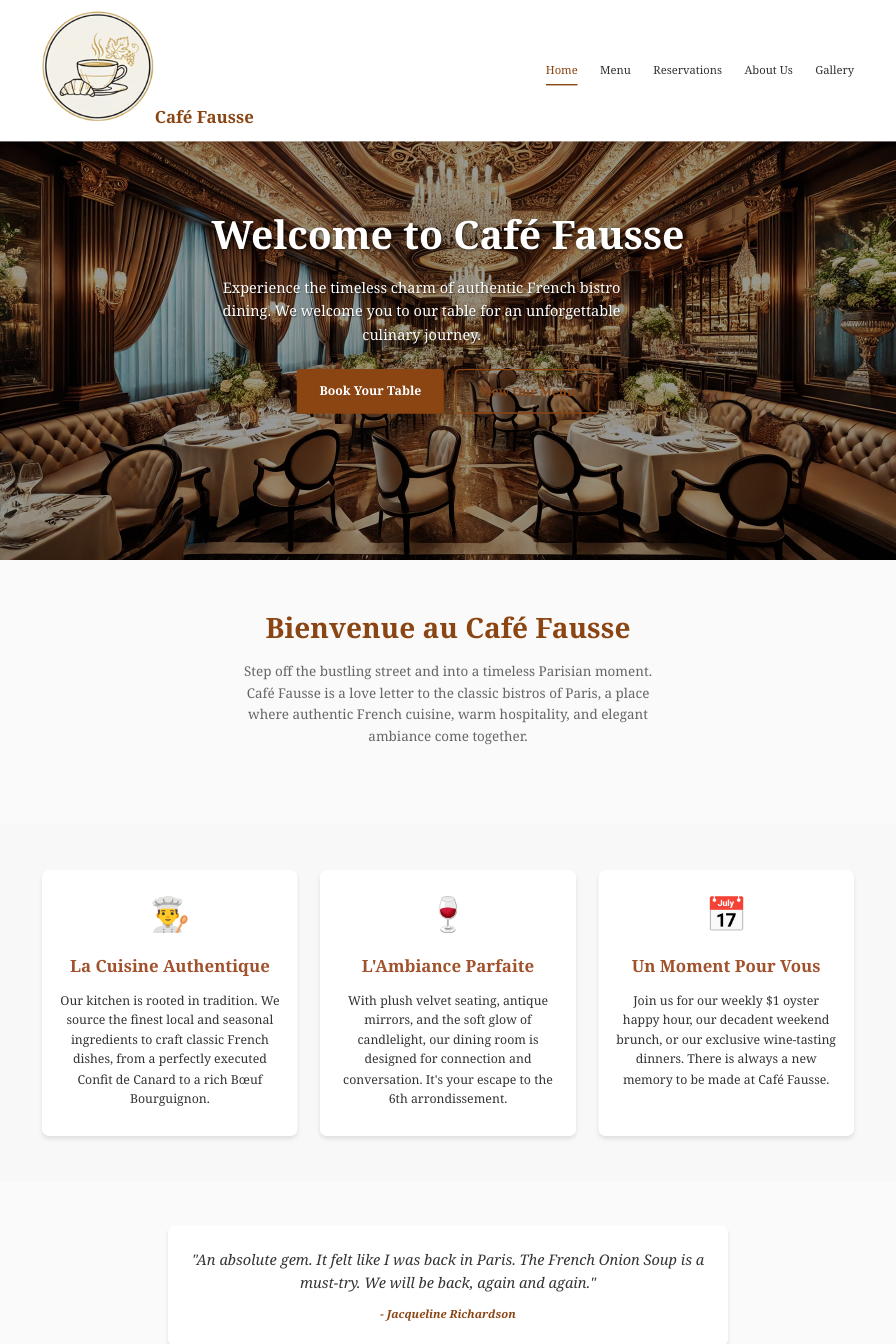
Repository: MatVanDenArt/MSSE-Cafe-Fausse
Page: / (app in frontend/)
These files come from the project's save history. The page is drawn as it stood at one moment and after the next save; the edit follows.
The browser window is 1280 px wide. The pictures show the part of the page from y = 0 to 1920 px (the page is 2970 px tall), at 70% of full size.
The page's requests for data from a server got no answer. The project was rebuilt for these pictures with package versions that can differ from the ones it lists, and the page was loaded fresh each time. No one was signed in, and anything a server would have sent is missing. Also part of the build but not shown: frontend/src/pages/Menu.css, frontend/src/pages/Menu.js, frontend/src/pages/Reservations.css, frontend/src/pages/Reservations.js, frontend/src/pages/About.css, frontend/src/pages/About.js, frontend/src/pages/Gallery.css, frontend/src/pages/Gallery.js.

Above is the page before, as saved 2025-10-26 14:47:12.

After the next save:
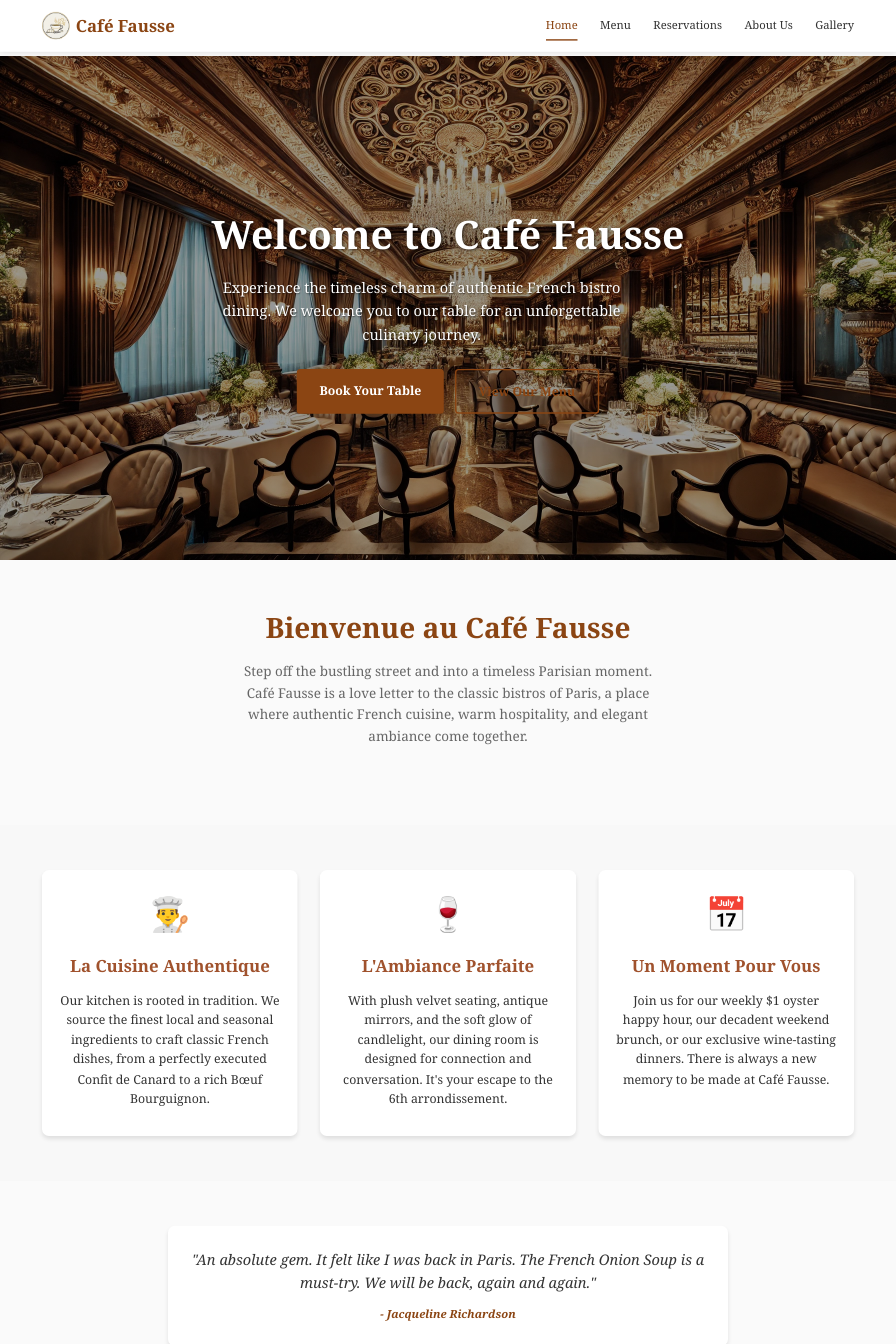
Saved 5 s later.
--- a/frontend/src/components/Header.css
+++ b/frontend/src/components/Header.css
@@ -16,14 +16,25 @@
 }
 
 .nav-logo {
-  font-size: 1.5rem;
-  font-weight: bold;
-  color: #8b4513;
+  display: flex;
+  align-items: center;
+  gap: 0.5rem;
   text-decoration: none;
   font-family: "Georgia", "Times New Roman", serif;
 }
 
-.nav-logo:hover {
+.nav-logo-img {
+  height: 40px;
+  width: auto;
+}
+
+.nav-logo-text {
+  font-size: 1.5rem;
+  font-weight: bold;
+  color: #8b4513;
+}
+
+.nav-logo:hover .nav-logo-text {
   color: #a0522d;
 }
 
